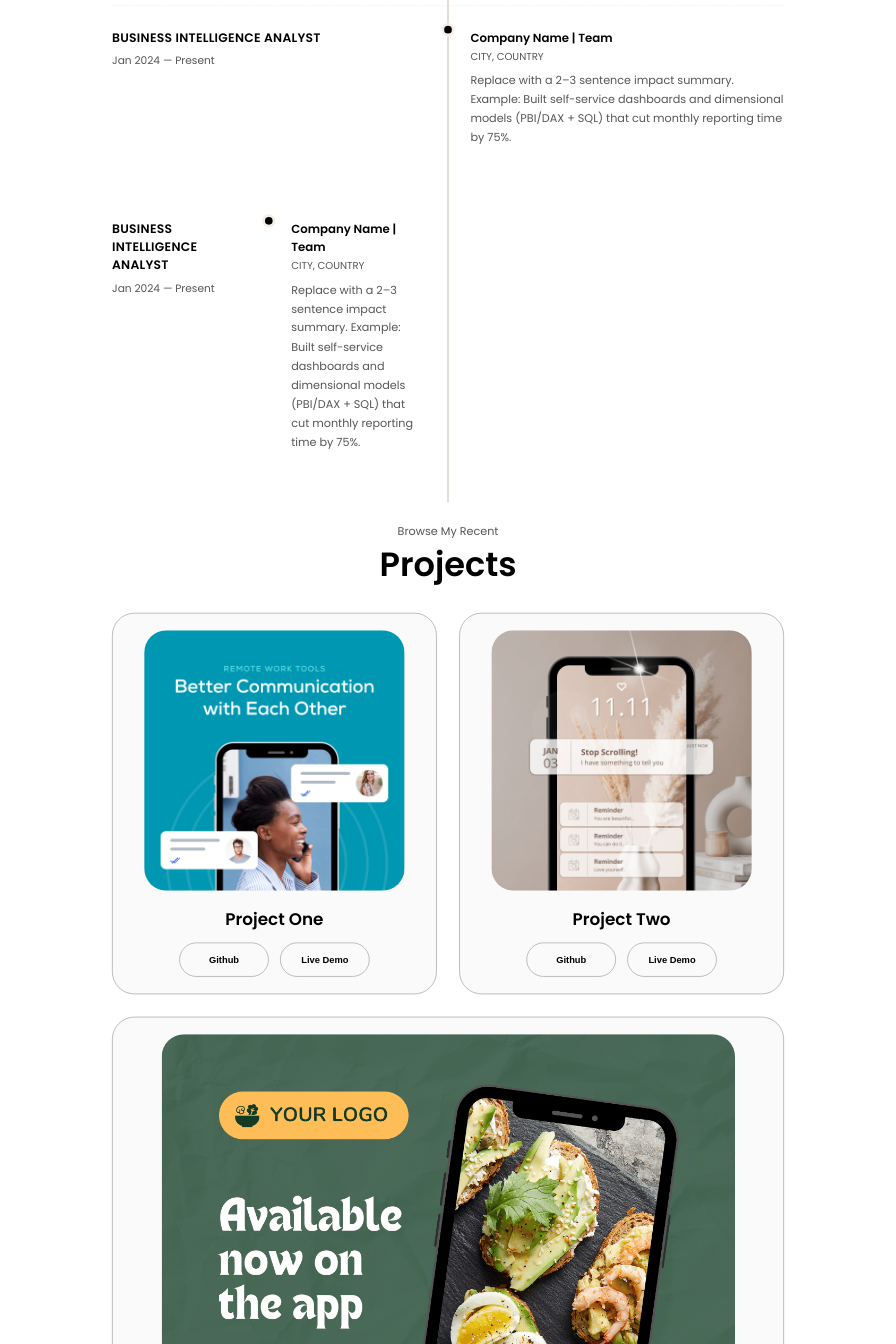
Repository: Komal-A99/komal-albhar
Page: index.html
An editor plug-in stored every save of this project. The page is shown before and after the next save, followed by the edit.
The browser window is 1280 px wide. The pictures show the part of the page from y = 2258 to 4178 px (the page is 5493 px tall before and 5268 px after), at 70% of full size.

Above is the page before, as saved 2025-08-26 11:08:21.

After the next save:
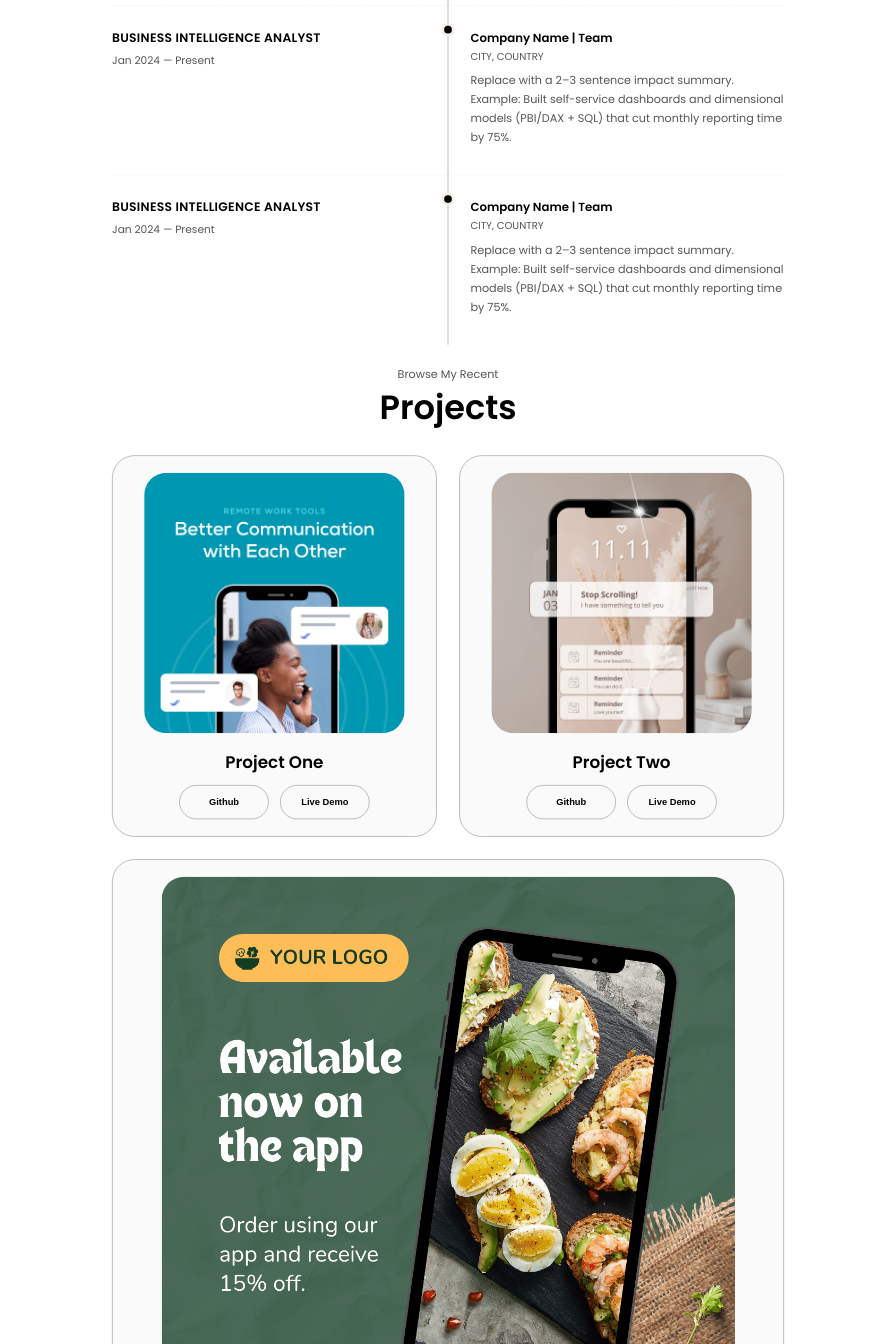
Saved 70 s later.
--- a/index.html
+++ b/index.html
@@ -157,19 +157,20 @@
           </div>
         </div>
 
-          <div class="tl-item">
-            <div class="tl-left">
-              <h3>Business Intelligence Analyst</h3>
-              <div class="tl-date">Jan 2024 — Present</div>
-            </div>
-            <div class="tl-right">
-              <h3 class="company">Company Name | Team</h3>
-              <div class="location">City, Country</div>
-              <p class="desc">
-                Replace with a 2–3 sentence impact summary. Example: Built self-service dashboards and
-                dimensional models (PBI/DAX + SQL) that cut monthly reporting time by 75%.
-              </p>
-            </div>
+        <div class="tl-item">
+          <div class="tl-left">
+            <h3>Business Intelligence Analyst</h3>
+            <div class="tl-date">Jan 2024 — Present</div>
+          </div>
+          <div class="tl-right">
+            <h3 class="company">Company Name | Team</h3>
+            <div class="location">City, Country</div>
+            <p class="desc">
+              Replace with a 2–3 sentence impact summary. Example: Built self-service dashboards and
+              dimensional models (PBI/DAX + SQL) that cut monthly reporting time by 75%.
+            </p>
+          </div>
+        </div>
 
             <div class="tl-item">
               <div class="tl-left">
